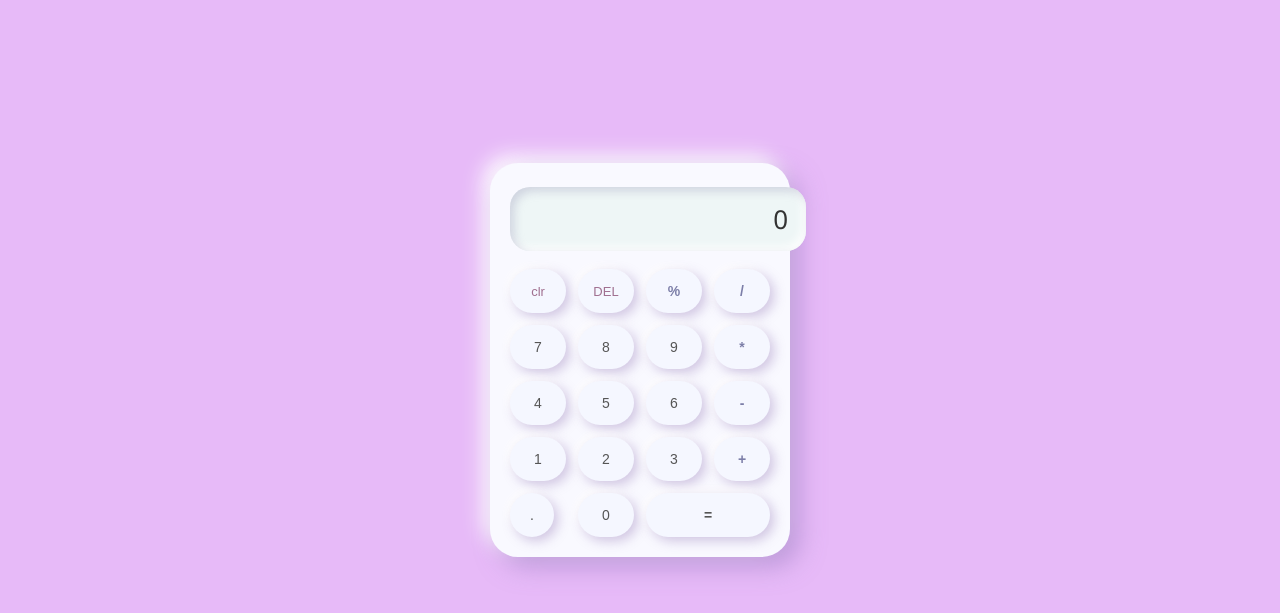
Repository: meti-guda/simple-calculator
Page: index.html
An editor plug-in stored every save of this project. The page is shown before and after the next save, followed by the edit.
The browser window is 1280 px wide. The pictures show the whole page.

Above is the page before, as saved 2025-12-11 12:21:08.

After the next save:
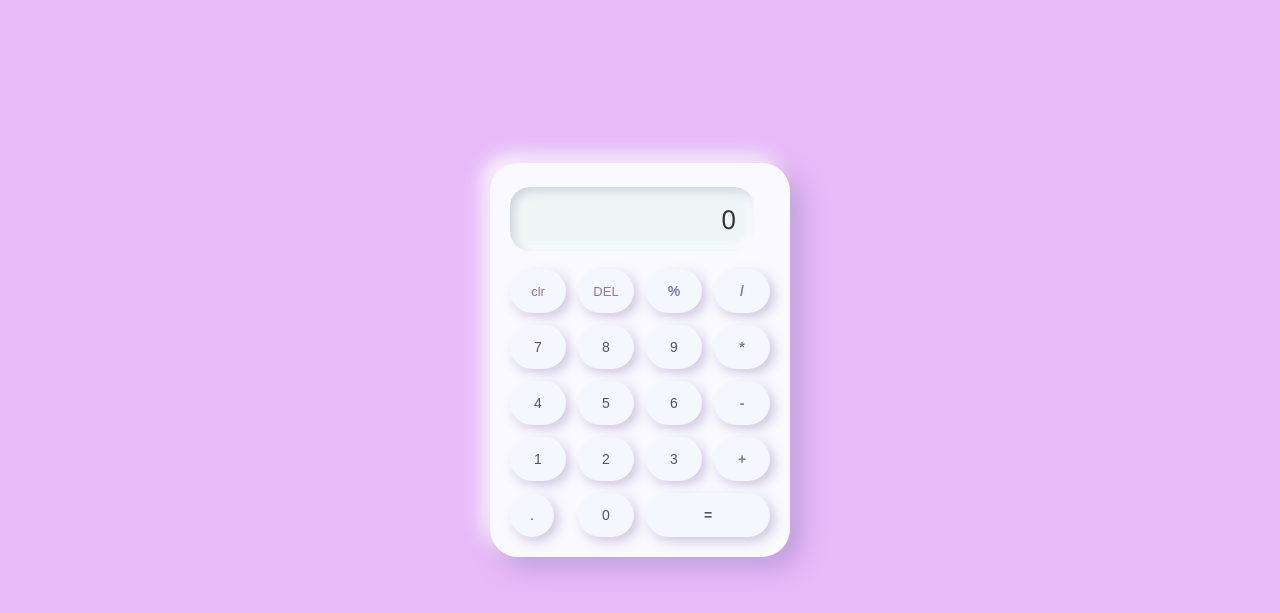
Saved 62 s later.
--- a/style.css
+++ b/style.css
@@ -27,7 +27,7 @@ body {
 /* Display */
 
 .display {
-  width: 100%;
+  width: 80%;
   height: 64px;
   border-radius: 20px;
   background: #eef6f6;
